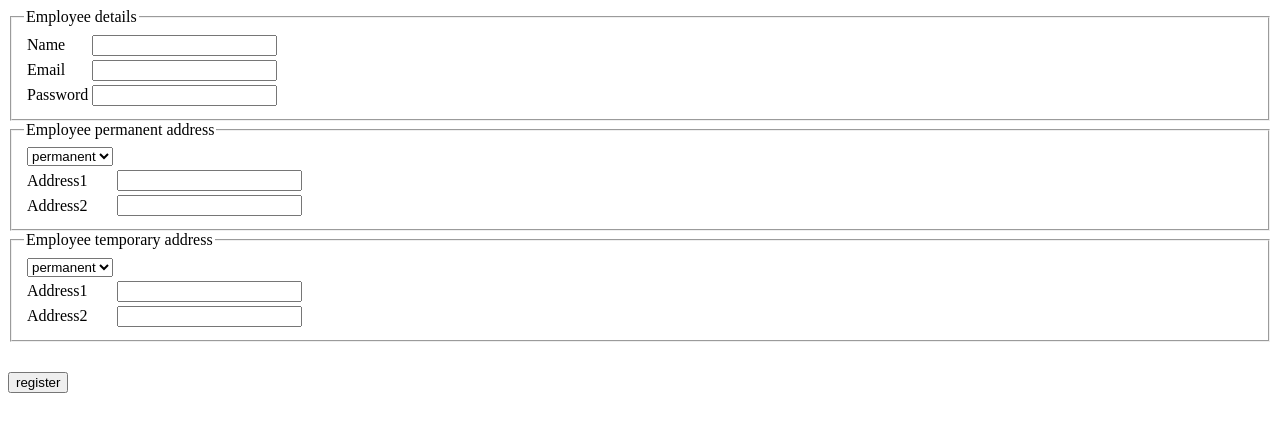
Repository: anishhegde14/TY_CG_HTD_BangaloreNovember_JFS_ANISHHEGDE
Page: http://localhost/springwebapp/WEB-INF/view/register.jsp
An editor plug-in stored every save of this project. The page is shown before and after the next save, followed by the edit.
The browser window is 1280 px wide. The pictures show the whole page.
The page is served by Tomcat 9. Nobody is signed in. Other server files are loaded and not shown. The template is opened directly, without the code that normally fills it, so the values that code supplies are empty.

Above is the page before, as saved 2019-12-24 05:35:08.

### Springs-Workspace/springwebapp/src/main/webapp/WEB-INF/view/register.jsp
<%@ page language="java" contentType="text/html; charset=ISO-8859-1"
    pageEncoding="ISO-8859-1"%>
    <%@page session="false" %>
<!DOCTYPE html>
<html>
<head>
<meta charset="ISO-8859-1">
<title>HOME</title>
</head>
<body>

<form action="./register" method="post">
<fieldset>
    <legend>Employee details</legend>
	<table>
		<tr>
			<td>Name</td>
			<td><input type="text" name="name"></td>
		</tr>
		<tr>
			<td>Email</td>
			<td><input type="text" name="email"></td>
		</tr>
		<tr>
			<td>Password</td>
			<td><input type="password" name="password"></td>
		</tr>
	</table>
</fieldset>
<fieldset>
        <legend>Employee permanent address</legend>
	<table>
		<tr>
			<td>
				<select>
					<option>permanent</option>
					<option>temporary</option>
				</select>
			</td>
		</tr>
		<tr>
			<td>Address1</td>
			<td><input type="text" name="address1"></td>
		</tr>
		<tr>
			<td>Address2</td>
			<td><input type="text" name="address2"></td>
		</tr>
	</table>
</fieldset>
<fieldset>
        <legend>Employee temporary address</legend>
	<table>
		<tr>
			<td>
				<select>
					<option>permanent</option>
					<option>temporary</option>
				</select>
			</td>
		</tr>
		<tr>
			<td>Address1</td>
			<td><input type="text" name="address1"></td>
		</tr>
		<tr>
			<td>Address2</td>
			<td><input type="text" name="address2"></td>
		</tr>
	</table>
</fieldset>
    <input style="margin-block-start: 30px;"type="submit" value="register">
</form>
</body>
</html>

After the next save:
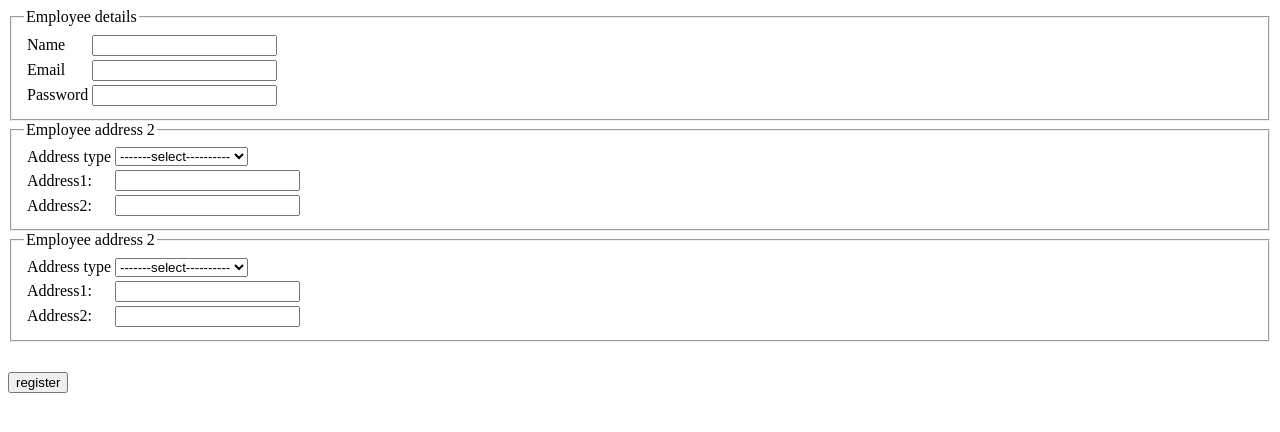
Saved 13 min 19 s later.
--- a/Springs-Workspace/springwebapp/src/main/webapp/WEB-INF/view/register.jsp
+++ b/Springs-Workspace/springwebapp/src/main/webapp/WEB-INF/view/register.jsp
@@ -28,47 +28,57 @@
 	</table>
 </fieldset>
 <fieldset>
-        <legend>Employee permanent address</legend>
-	<table>
-		<tr>
-			<td>
-				<select>
-					<option>permanent</option>
-					<option>temporary</option>
-				</select>
-			</td>
-		</tr>
-		<tr>
-			<td>Address1</td>
-			<td><input type="text" name="address1"></td>
-		</tr>
-		<tr>
-			<td>Address2</td>
-			<td><input type="text" name="address2"></td>
-		</tr>
-	</table>
-</fieldset>
-<fieldset>
-        <legend>Employee temporary address</legend>
-	<table>
-		<tr>
-			<td>
-				<select>
-					<option>permanent</option>
-					<option>temporary</option>
-				</select>
-			</td>
-		</tr>
-		<tr>
-			<td>Address1</td>
-			<td><input type="text" name="address1"></td>
-		</tr>
-		<tr>
-			<td>Address2</td>
-			<td><input type="text" name="address2"></td>
-		</tr>
-	</table>
-</fieldset>
+        <legend>Employee address 2</legend>
+        <table>
+        <tr>
+        <td>Address type</td>
+        <td><select name="list[0]addType">
+       <option>-------select----------</option>
+       <option value="P">Permanent</option>
+       <option value="T">Temporary</option>
+
+       </select></td>
+        </tr>
+        <tr>
+
+        <td>Address1:</td>
+        <td><input type="text" name=list[0]address1></td>
+
+        </tr>
+        <tr>
+
+        <td>Address2:</td>
+        <td><input type="text" name=list[0]address2></td>
+
+        </tr>
+        </table>
+	</fieldset>
+	<fieldset>
+        <legend>Employee  address 2</legend>
+        <table>
+        <tr>
+        <td>Address type</td>
+        <td><select name="list[0]addType">
+       <option>-------select----------</option>
+       <option value="P">Permanent</option>
+       <option value="T">Temporary</option>
+
+       </select></td>
+        </tr>
+        <tr>
+
+        <td>Address1:</td>
+        <td><input type="text" name=list[1]address1></td>
+
+        </tr>
+        <tr>
+
+        <td>Address2:</td>
+        <td><input type="text" name=list[1]address2></td>
+
+        </tr>
+        </table>
+	</fieldset>
     <input style="margin-block-start: 30px;"type="submit" value="register">
 </form>
 </body>
